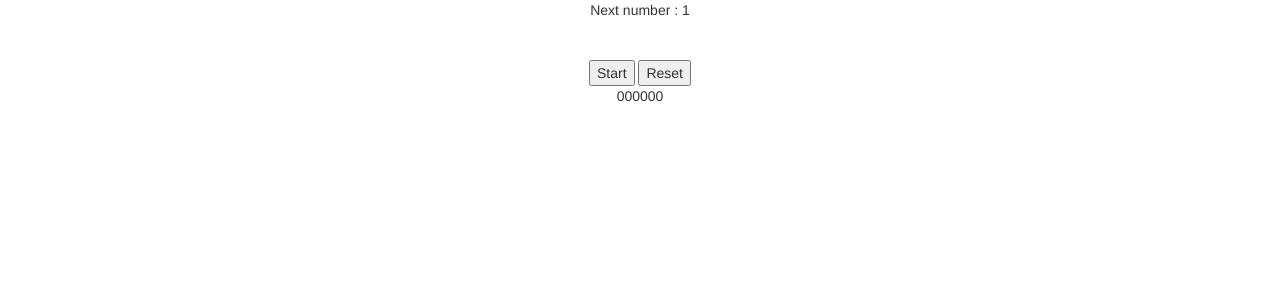
Repository: mikelily/lab
Page: oneTo25/game.2.1.html
The author's editor kept a record of every edit. The page is drawn from the files as they stood at one moment, then again after the next edit.
The browser window is 1280 px wide. The pictures show the whole page.

Above is the page before.
Console error: TypeError: Cannot set properties of null (setting 'onclick')
Not found: oneTo25/css/stopwatch.css

### oneTo25/game.2.1.html
<!DOCTYPE html>
<html>
    <head>
        <meta charset="UTF-8">
        <title>1 - 25</title>

        <meta name="viewport" content="width=device-width, initial-scale=1">
        <link href="css/bootstrap.min.css" rel="stylesheet">
        <link href="css/bootstrap-button.css" rel="stylesheet">
        <link rel="stylesheet" href="css/stopwatch.css">

        <link href="css/style_ok.css" rel="stylesheet">
        <script type="text/javascript" src="js/jquery.js"></script>

        <script>

            var oneTo25 = [];
            // var oneTo25Random = [];
            for (var i=0;i<25;i++){
                if(i<9){
                    oneTo25[i] = "0"+(i+1);
                }else
                    oneTo25[i] = i+1;
            }

            $(document).ready(function () {
                placeBtn();
                $( "#container" ).slideUp( "fast" );
                //startTimer();
            });

            $(".num25").each(function (key, obj) {
                $(obj).data("num25", oneTo25[key]);
            })

            function placeBtn(){
                $("#nextN").text(nextNum);

                var html = "";
                var brNow = 0;
                random25();
                for (i = 0 ; i < 25 ; i++){
                    if(brNow==5){
                        html += "<br>";
                        brNow =0;
                    }
                    html += '<button type="button" name="btn'+oneTo25[i]+'" id="btn'+
                    oneTo25[i]+'"class="num25 btn-num" data-num25="btn'+oneTo25[i]+
                    '" onclick="btnClick('+oneTo25[i]+')">'+oneTo25[i]+' </button>';
                    brNow++;
                }
                $("#container").html(html);

            }
        </script>
    </head>
    <body>
        <center>
            <!--<div> -->
            <!--    <text>Timer : </text>-->
            <!--    <text id="timerS"></text><br>-->
            <!--</div>-->

            <!--<canvas id="canvas" width=300 height=300></canvas>-->
            <div>
                <text>Next number : </text>
                <text id="nextN"></text>
            </div>
            <br>
            <div id="container"></div><br>
            <!--<div>-->
            <!--    <button onclick="btnTest()">test</button>-->
            <!--</div>-->
            <div class="stopwatch">
                <div class="controls">
                    <button id ="startBtn" class="start">Start</button>
                    <!--<button id ="pauseBtn" class="stop">Pause</button>-->
                    <button id ="resetBtn" class="reset">Reset</button>
                </div>
                <div class="display">
                    <span class="minutes">00</span><span class="seconds">00</span><span class="centiseconds">00</span>
                </div>
            </div>
            <script type="text/javascript" src="js/stopwatch.js"></script>
            <script>
            $("#startBtn").click(function(){
                placeBtn();
                $( "#container" ).slideDown( "slow" );
            });
            $("#resetBtn").click(function(){
                placeBtn();
                $( "#container" ).slideUp( "slow" );
            });


            function btnTest(){
                placeBtn();   //new game
                //startTimer();

            }

            function btnTest(){
                placeBtn();   //new game
                //startTimer();

            }

            var nextNum = 1;
            var rightNum = -1;

            function btnClick(i){
                console.log(i);
                if(nextNum == i){
                    nextNum++;  //if nextNum == 26 -> End Game
                    if (nextNum == 26){
                        nextNum = 1;
                        //endGame
                    }


                    $("#nextN").text(nextNum);

                    if(i<10){
                        $("#btn0"+i).prop('disabled', true);
                        $("#btn0"+i).removeClass("btn-num");
                        $("#btn0"+i).addClass("btn-numC");
                    }else{
                        $("#btn"+i).prop('disabled', true);
                        $("#btn"+i).removeClass("btn-num");
                        $("#btn"+i).addClass("btn-numC");
                    }
                }


                //console.log(i);
            }

            function random25(){
                for(var i=0;i<50;i++){  //打亂50次
                    var twoNum = getRandomArray(0,24,2);
                    var j = twoNum[0];
                    var k = twoNum[1];
                    var temp = "";
                    temp = oneTo25[j];
                    oneTo25[j] = oneTo25[k];
                    oneTo25[k] = temp;
                    //console.log("第"+(i+1)+"次：change "+j+" , "+k);

                }
            }

            // =========Timer Code 1=========
            // var canvas=document.getElementById("canvas");
            // var ctx=canvas.getContext("2d");
            // var cw=canvas.width;
            // var ch=canvas.height;


            // var timers=[];
            // timers.push({delay:50,nextFireTime:0,doFunction:doTimers,counter:0});
            // timers.push({delay:1000,nextFireTime:0,doFunction:doTimers,counter:0});
            // timers.push({delay:5000,nextFireTime:0,doFunction:doTimers,counter:0});

            // requestAnimationFrame(timerLoop);

            // function timerLoop(currentTime){
            //   requestAnimationFrame(timerLoop);

            //   for(var i=0;i<timers.length;i++){
            //     if(currentTime>timers[i].nextFireTime){
            //       var t=timers[i];
            //       t.nextFireTime=currentTime+t.delay;
            //       t.doFunction(t,i);
            //     }
            //   }

            // }

            // function doTimers(t,i){
            //   ctx.clearRect(0,100+i*20-20,cw,20);
            //   ctx.fillText('Timer#'+i+' with '+t.delay+'ms delay has fired '+(++t.counter)+' times.',20,100+20*i);
            // }
            // =========Timer Code 1=========


            function getRandom(minNum, maxNum) {	//取得 minNum(最小值) ~ maxNum(最大值) 之間的亂數
            	return Math.floor( Math.random() * (maxNum - minNum + 1) ) + minNum;
            }

            function getRandomArray(minNum, maxNum, n) {	//隨機產生不重覆的n個數字
            	var rdmArray = [n];		//儲存產生的陣列

            	for(var i=0; i<n; i++) {
            		var rdm = 0;		//暫存的亂數

            		do {
            			var exist = false;			//此亂數是否已存在
            			rdm = getRandom(minNum, maxNum);	//取得亂數

            			//檢查亂數是否存在於陣列中，若存在則繼續回圈
            			if(rdmArray.indexOf(rdm) != -1) exist = true;

            		} while (exist);	//產生沒出現過的亂數時離開迴圈

            		rdmArray[i] = rdm;
            	}
            	return rdmArray;
            }
            </script>
        </center>
    </body>
</html>

### oneTo25/css/bootstrap-button.css
.btn-num {
  color: #ffffff;
  background-color: #611BBD;
  border-color: #130269;
  /*size: 20;*/
}

.btn-num:hover,
.btn-num:focus,
.btn-num:active,
.btn-num.active,
.open .dropdown-toggle.btn-num {
  color: #ffffff;
  background-color: #49247A;
  border-color: #130269;
}

.btn-num:active,
.btn-num.active,
.open .dropdown-toggle.btn-num {
  background-image: none;
}

.btn-num.disabled,
.btn-num[disabled],
fieldset[disabled] .btn-num,
.btn-num.disabled:hover,
.btn-num[disabled]:hover,
fieldset[disabled] .btn-num:hover,
.btn-num.disabled:focus,
.btn-num[disabled]:focus,
fieldset[disabled] .btn-num:focus,
.btn-num.disabled:active,
.btn-num[disabled]:active,
fieldset[disabled] .btn-num:active,
.btn-num.disabled.active,
.btn-num[disabled].active,
fieldset[disabled] .btn-num.active {
  background-color: #611BBD;
  border-color: #130269;
}

.btn-num .badge {
  color: #611BBD;
  background-color: #ffffff;
}

/*=============================*/

.btn-numC {
  color: #ffffff;
  background-color: #E8E1F2;
  border-color: #F3F2FA;
}

.btn-numC:hover,
.btn-numC:focus,
.btn-numC:active,
.btn-numC.active,
.open .dropdown-toggle.btn-numC {
  color: #ffffff;
  background-color: #F0EAF7;
  border-color: #F3F2FA;
}

.btn-numC:active,
.btn-numC.active,
.open .dropdown-toggle.btn-numC {
  background-image: none;
}

.btn-numC.disabled,
.btn-numC[disabled],
fieldset[disabled] .btn-numC,
.btn-numC.disabled:hover,
.btn-numC[disabled]:hover,
fieldset[disabled] .btn-numC:hover,
.btn-numC.disabled:focus,
.btn-numC[disabled]:focus,
fieldset[disabled] .btn-numC:focus,
.btn-numC.disabled:active,
.btn-numC[disabled]:active,
fieldset[disabled] .btn-numC:active,
.btn-numC.disabled.active,
.btn-numC[disabled].active,
fieldset[disabled] .btn-numC.active {
  background-color: #E8E1F2;
  border-color: #F3F2FA;
}

.btn-numC .badge {
  color: #E8E1F2;
  background-color: #ffffff;
}

### oneTo25/css/style_ok.css
/* Base styles (regardless of theme) */
.bs-callout {
    margin: 20px 0;
    padding: 15px 30px 15px 15px;
    border-left: 5px solid #eee;
}

.bs-callout h4 {
    margin-top: 0;
}

.bs-callout p:last-child {
    margin-bottom: 0;
}

.bs-callout code,
.bs-callout .highlight {
    background-color: #fff;
}

/* Themes for different contexts */
.bs-callout-danger {
    background-color: #fcf2f2;
    border-color: #dFb5b4;
}

.bs-callout-warning {
    background-color: #fefbed;
    border-color: #f1e7bc;
}

.bs-callout-info {
    background-color: #f0f7fd;
    border-color: #d0e3f0;
}

.bs-callout-danger h4,
.bs-callout-danger a.alert-link {
    color: #B94A48;
}

.bs-callout-warning h4,
.bs-callout-warning a.alert-link {
    color: #C09853;
}

.bs-callout-info h4,
.bs-callout-info a.alert-link {
    color: #3A87AD;
}

.bs-callout a.alert-link {
    font-weight: bold;
}

### oneTo25/js/stopwatch.js
var ss = document.getElementsByClassName('stopwatch');

[].forEach.call(ss, function (s) {
    var currentTimer = 0,
        interval = 0,
        lastUpdateTime = new Date().getTime(),
        start = s.querySelector('button.start'),
        stop = s.querySelector('button.stop'),
        reset = s.querySelector('button.reset'),
        mins = s.querySelector('span.minutes'),
        secs = s.querySelector('span.seconds'),
        cents = s.querySelector('span.centiseconds');
// mikelily Add
// $("#btn25").click(stopTimer());
var endBtn = document.getElementById("btn25");
endBtn.onclick = "endGame()";
function endGame() {
    stopTimer();
}

    start.addEventListener('click', startTimer);
    stop.addEventListener('click', stopTimer);
    reset.addEventListener('click', resetTimer);

    function pad (n) {
        return ('00' + n).substr(-2);
    }

    function update () {
        var now = new Date().getTime(),
            dt = now - lastUpdateTime;

        currentTimer += dt;

        var time = new Date(currentTimer);

        mins.innerHTML = pad(time.getMinutes());
        secs.innerHTML = pad(time.getSeconds());
        cents.innerHTML = pad(Math.floor(time.getMilliseconds() / 10));

        lastUpdateTime = now;
    }

    function startTimer () {
        if (!interval) {
            lastUpdateTime = new Date().getTime();
            interval = setInterval(update, 1);
        }
    }

    function stopTimer () {
        clearInterval(interval);
        interval = 0;
    }

    function resetTimer () {
        stopTimer();

        currentTimer = 0;

        mins.innerHTML = secs.innerHTML = cents.innerHTML = pad(0);
    }
});

Loaded but not shown: oneTo25/css/bootstrap.min.css (library); oneTo25/js/jquery.js (library)

After the next edit:
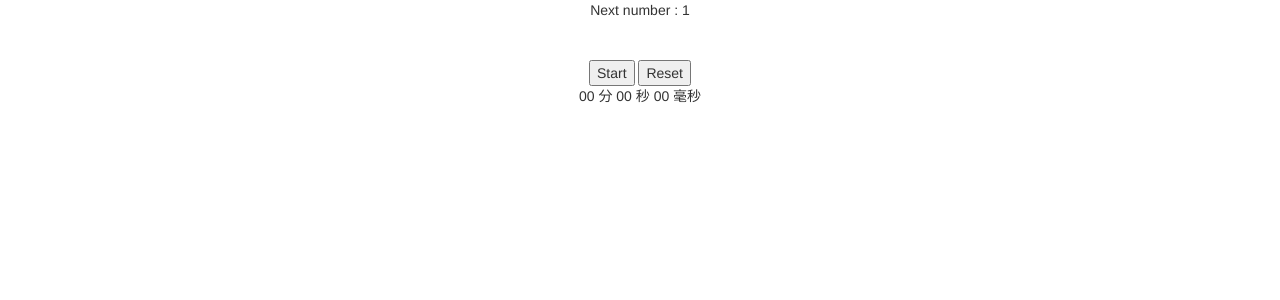
The edit:
--- a/oneTo25/game.2.1.html
+++ b/oneTo25/game.2.1.html
@@ -78,7 +78,12 @@
                     <button id ="resetBtn" class="reset">Reset</button>
                 </div>
                 <div class="display">
-                    <span class="minutes">00</span><span class="seconds">00</span><span class="centiseconds">00</span>
+                    <span class="minutes">00</span>
+                    <span>分</span>
+                    <span class="seconds">00</span>
+                    <span>秒</span>
+                    <span class="centiseconds">00</span>
+                    <span>毫秒</span>
                 </div>
             </div>
             <script type="text/javascript" src="js/stopwatch.js"></script>
